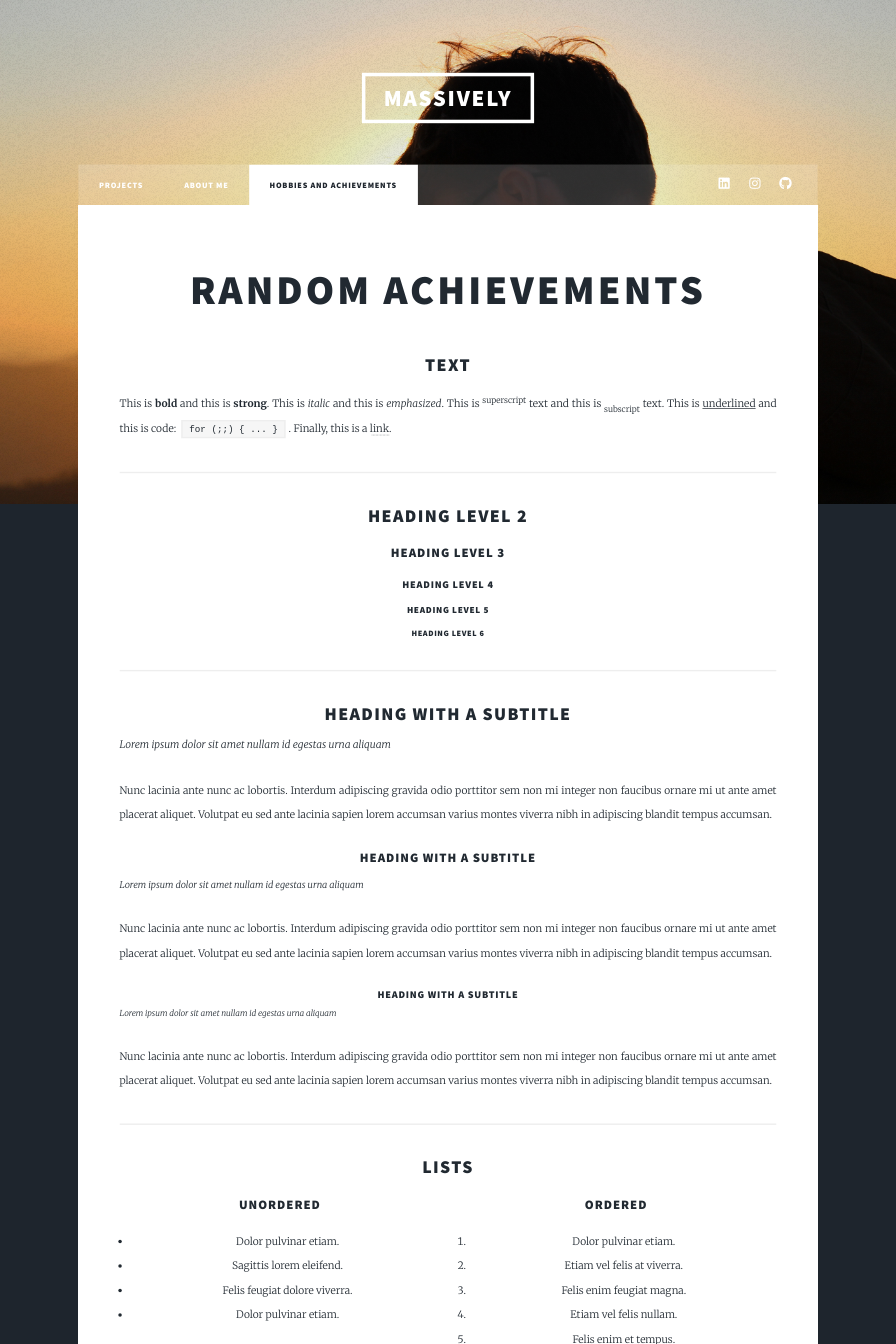
Repository: ciaranscan6/PersonalWebsite
Page: hobbies-and-ach.html
An editor plug-in stored every save of this project. The page is shown before and after the next save, followed by the edit.
The browser window is 1280 px wide. The pictures show the part of the page from y = 0 to 1920 px (the page is 9415 px tall before and 8823 px after), at 70% of full size.

Above is the page before, as saved 2025-11-22 04:18:31.

After the next save:
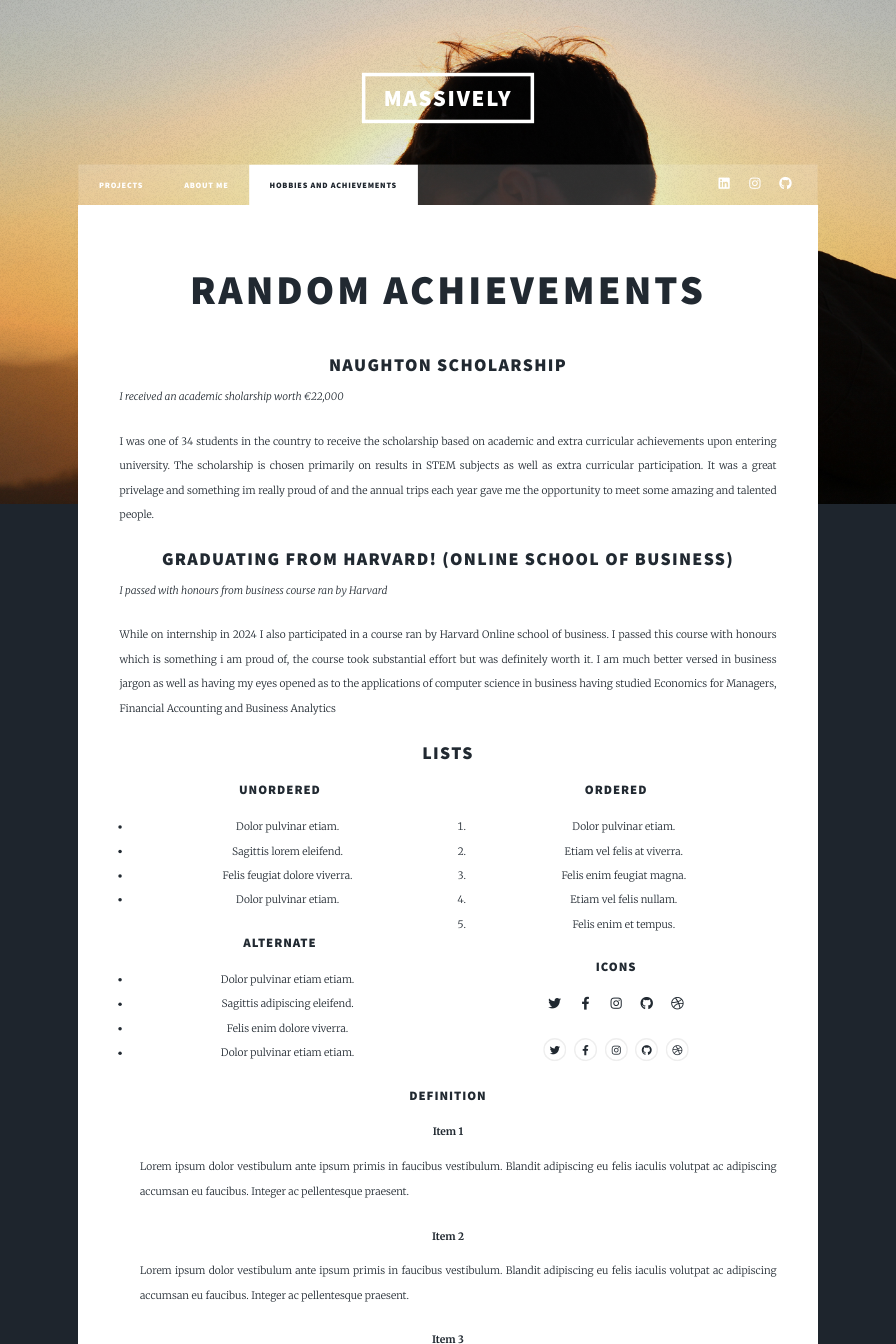
Saved 19 min 3 s later.
--- a/hobbies-and-ach.html
+++ b/hobbies-and-ach.html
@@ -45,36 +45,16 @@
 									<h1>Random Achievements</h1>
 								</header>
 
-								<!-- Text stuff -->
-									<h2>Text</h2>
-									<p>This is <b>bold</b> and this is <strong>strong</strong>. This is <i>italic</i> and this is <em>emphasized</em>.
-									This is <sup>superscript</sup> text and this is <sub>subscript</sub> text.
-									This is <u>underlined</u> and this is code: <code>for (;;) { ... }</code>.
-									Finally, this is a <a href="#">link</a>.</p>
-									<hr />
-									<h2>Heading Level 2</h2>
-									<h3>Heading Level 3</h3>
-									<h4>Heading Level 4</h4>
-									<h5>Heading Level 5</h5>
-									<h6>Heading Level 6</h6>
-									<hr />
-									<header>
-										<h2>Heading with a Subtitle</h2>
-										<p>Lorem ipsum dolor sit amet nullam id egestas urna aliquam</p>
-									</header>
-									<p>Nunc lacinia ante nunc ac lobortis. Interdum adipiscing gravida odio porttitor sem non mi integer non faucibus ornare mi ut ante amet placerat aliquet. Volutpat eu sed ante lacinia sapien lorem accumsan varius montes viverra nibh in adipiscing blandit tempus accumsan.</p>
-									<header>
-										<h3>Heading with a Subtitle</h3>
-										<p>Lorem ipsum dolor sit amet nullam id egestas urna aliquam</p>
-									</header>
-									<p>Nunc lacinia ante nunc ac lobortis. Interdum adipiscing gravida odio porttitor sem non mi integer non faucibus ornare mi ut ante amet placerat aliquet. Volutpat eu sed ante lacinia sapien lorem accumsan varius montes viverra nibh in adipiscing blandit tempus accumsan.</p>
-									<header>
-										<h4>Heading with a Subtitle</h4>
-										<p>Lorem ipsum dolor sit amet nullam id egestas urna aliquam</p>
-									</header>
-									<p>Nunc lacinia ante nunc ac lobortis. Interdum adipiscing gravida odio porttitor sem non mi integer non faucibus ornare mi ut ante amet placerat aliquet. Volutpat eu sed ante lacinia sapien lorem accumsan varius montes viverra nibh in adipiscing blandit tempus accumsan.</p>
-
-									<hr />
+								<header>
+										<h2>Naughton Scholarship</h2>
+										<p>I received an academic sholarship worth €22,000</p>
+								</header>
+								<p>I was one of 34 students in the country to receive the scholarship based on academic and extra curricular achievements upon entering university. The scholarship is chosen primarily on results in STEM subjects as well as extra curricular participation. It was a great privelage and something im really proud of and the annual trips each year gave me the opportunity to meet some amazing and talented people. </p>
+								<header>
+										<h2>Graduating from Harvard! (online school of business)</h2>
+										<p>I passed with honours from business course ran by Harvard</p>
+								</header>
+								<p>While on internship in 2024 I also participated in a course ran by Harvard Online school of business. I passed this course with honours which is something i am proud of, the course took substantial effort but was definitely worth it. I am much better versed in business jargon as well as having my eyes opened as to the applications of computer science in business having studied Economics for Managers, Financial Accounting and Business Analytics</p>
 
 								<!-- Lists -->
 									<h2>Lists</h2>
